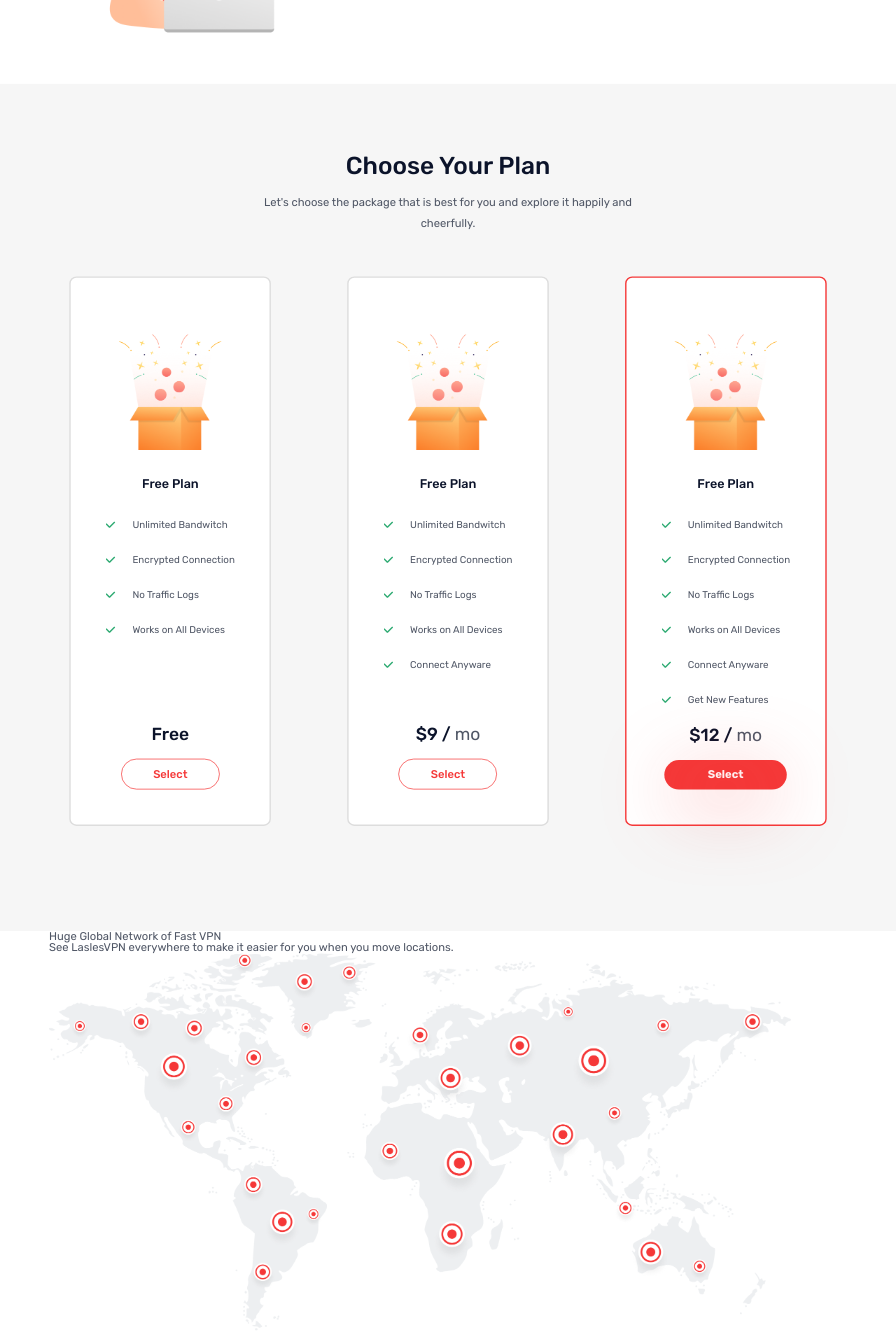
Repository: PhamTrungNguyen/LuyenTap
Page: LT_Figma/index.html
An editor plug-in stored every save of this project. The page is shown before and after a run of saves, followed by the edit.
The browser window is 1280 px wide. The pictures show the part of the page from y = 1267 to 3187 px (the page is 3171 px tall before and 3187 px after), at 70% of full size.
Some web libraries are served in a nearby version. The style sheet was rebuilt from its Sass, Less or Tailwind sources for each picture, by a compiler version that may differ from the author's.

Above is the page before, as saved 2021-12-08 23:12:19.
Console error: TypeError: Cannot read properties of null (reading 'addEventListener')

### LT_Figma/index.html
<!DOCTYPE html>
<html lang="en">

<head>
  <meta charset="UTF-8" />
  <meta http-equiv="X-UA-Compatible" content="IE=edge" />
  <meta name="viewport" content="width=device-width, initial-scale=1.0" />
  <title>Lasles VPN</title>
  <link rel="stylesheet" href="./css/reset.css">
  <link rel="stylesheet" href="./css/app.css" />
  <!-- Link font chữ -->
  <link rel="preconnect" href="https://fonts.googleapis.com">
  <link rel="preconnect" href="https://fonts.gstatic.com" crossorigin>
  <link href="https://fonts.googleapis.com/css2?family=Rubik:wght@400;500;700&display=swap" rel="stylesheet">
</head>

<body>
  <div class="wrapper">
    <!-- ---------------------------------- Phần header ---------------------------------- -->
    <header class="header">
      <div class="container">
        <div class="header-container">
          <img srcset="./images/logo.png 2x" alt="" class="header-logo"> <!-- độ nét logo -->
          <ul class="menu">
            <li class="menu-item">
              <a href="#" class="menu-link">About</a>
            </li>
            <li class="menu-item">
              <a href="#" class="menu-link">Features</a>
            </li>
            <li class="menu-item">
              <a href="#" class="menu-link">Pricing</a>
            </li>
            <li class="menu-item">
              <a href="#" class="menu-link">Testimonials</a>
            </li>
            <li class="menu-item">
              <a href="#" class="menu-link">Help</a>
            </li>
          </ul>
          <div class="header-user">
            <a href="#" class="header-user_in">Sign In</a>
            <a href="#" class="button button--outline">Sign Up</a>
          </div>
        </div>
      </div>
    </header>

    <!-- ---------------------------------- Phần hero ---------------------------------- -->
    <section class="hero">
      <div class="container">
        <div class="hero-container">
          <div class="hero-content">
            <h2 class="hero-content_heading">Want anything to be easy with LaslesVPN.</h2>
            <span class="hero-content_desc">Provide a network for all your needs with ease and fun using
              <strong>LaslesVPN</strong> discover interesting features from us.</span>
            <a href="#" class="button button--primary">Get Started</a>
          </div>
          <div class="hero-image">
            <img srcset="./images/hero-image.png 2x" alt="">
          </div>
        </div>
      </div>
    </section>

    <!-- ---------------------------------- Phần intro ---------------------------------- -->
    <section class="intro">
      <div class="container">
        <div class="intro-container">
          <div class="intro-item">
              <div class="intro-item_user">
                <img srcset="./images/user.png 2x" alt="">
              </div>
              <div class="intro-item_info">
                <h2 class="intro-item_info__number">90+</h2>
                <span class="intro-item_intro__desc">Users</span>
              </div>
          </div>
          <div class="intro-item">
              <div class="intro-item_user">
                <img srcset="./images/location.png 2x" alt="">
              </div>
              <div class="intro-item_info">
                <h2 class="intro-item_info__number">30+</h2>
                <span class="intro-item_intro__desc">Locations</span>
              </div>
          </div>
          <div class="intro-item">
              <div class="intro-item_user">
                <img srcset="./images/server.png 2x" alt="">
              </div>
              <div class="intro-item_info">
                <h2 class="intro-item_info__number">50+</h2>
                <span class="intro-item_intro__desc">Servers</span>
              </div>
          </div>
        </div>
      </div>
    </section>
     <!-- ---------------------------------- Phần Features ---------------------------------- -->
     <section class="feature">
       <div class="container">
         <div class="feature-container">
           <div class="feature-image">
             <img srcset="./images/feature-image.png 2x" alt="">
           </div>
           <div class="feature-content">
             <h3 class="feature-title">We Provide Many Features You Can Use</h3>
             <span class="feature-desc">You can explore the features that we provide with fun and have their own functions each feature.</span>
             <ul class="feature-list">
               <li class="feature-item">
                 <img src="./images/icon-check.svg" alt="" class="feature-item_check">
                 <span class="feature-item_text">Powerfull online protection.</span>
               </li>
               <li class="feature-item">
                 <img src="./images/icon-check.svg" alt="" class="feature-item_check">
                 <span class="feature-item_text">Powerfull online protection.</span>
               </li>
               <li class="feature-item">
                 <img src="./images/icon-check.svg" alt="" class="feature-item_check">
                 <span class="feature-item_text">Powerfull online protection.</span>
               </li>
               <li class="feature-item">
                 <img src="./images/icon-check.svg" alt="" class="feature-item_check">
                 <span class="feature-item_text">Powerfull online protection.</span>
               </li>
             </ul>
           </div>
         </div>
       </div>
     </section>

     <!-- ---------------------------------- Phần Plan ---------------------------------- -->
     <main>
       <section class="plan">
         <div class="container">
           <div class="plan-container">
             <div class="plan-heading">
               <h3 class="plan-heading_title">Choose Your Plan</h3>
               <span class="plan-heading_desc">Let's choose the package that is best for you and explore it happily and cheerfully.</span>
             </div>
             <div class="plan-main">
               <div class="plan-item">
                 <div class="plan-item_image">
                   <img srcset="./images/plan.png 2x" alt="">
                 </div>
                 <h3 class="plan-item_title">Free Plan</h3>
                 <ul class="plan-item--list">
                   <li class="plan-item_text">
                     <img src="./images/icon-check-line.svg" alt="" class="plan-item_icon">
                     <span class="plan-item_desc">Unlimited Bandwitch</span>
                   </li>
                   <li class="plan-item_text">
                     <img src="./images/icon-check-line.svg" alt="" class="plan-item_icon">
                     <span class="plan-item_desc">Encrypted Connection</span>
                   </li>
                   <li class="plan-item_text">
                     <img src="./images/icon-check-line.svg" alt="" class="plan-item_icon">
                     <span class="plan-item_desc">No Traffic Logs</span>
                   </li>
                   <li class="plan-item_text">
                     <img src="./images/icon-check-line.svg" alt="" class="plan-item_icon">
                     <span class="plan-item_desc">Works on All Devices</span>
                   </li>
                 </ul>
                 <h2 class="plan-item_free">Free</h2>
                 <a href="#" class="button button--outline">Select</a>
               </div>
               <div class="plan-item">
                 <div class="plan-item_image">
                   <img srcset="./images/plan.png 2x" alt="">
                 </div>
                 <h3 class="plan-item_title">Free Plan</h3>
                 <ul class="plan-item--list">
                   <li class="plan-item_text">
                     <img src="./images/icon-check-line.svg" alt="" class="plan-item_icon">
                     <span class="plan-item_desc">Unlimited Bandwitch</span>
                   </li>
                   <li class="plan-item_text">
                     <img src="./images/icon-check-line.svg" alt="" class="plan-item_icon">
                     <span class="plan-item_desc">Encrypted Connection</span>
                   </li>
                   <li class="plan-item_text">
                     <img src="./images/icon-check-line.svg" alt="" class="plan-item_icon">
                     <span class="plan-item_desc">No Traffic Logs</span>
                   </li>
                   <li class="plan-item_text">
                     <img src="./images/icon-check-line.svg" alt="" class="plan-item_icon">
                     <span class="plan-item_desc">Works on All Devices</span>
                   </li>
                   <li class="plan-item_text">
                     <img src="./images/icon-check-line.svg" alt="" class="plan-item_icon">
                     <span class="plan-item_desc">Connect Anyware</span>
                   </li>
                 </ul>
                 <h2 class="plan-item_free">$9 / <span>mo</span></h2>
                 <a href="#" class="button button--outline">Select</a>
               </div>
               <div class="plan-item plan-active">
                 <div class="plan-item_image">
                   <img srcset="./images/plan.png 2x" alt="">
                 </div>
                 <h3 class="plan-item_title">Free Plan</h3>
                 <ul class="plan-item--list">
                   <li class="plan-item_text">
                     <img src="./images/icon-check-line.svg" alt="" class="plan-item_icon">
                     <span class="plan-item_desc">Unlimited Bandwitch</span>
                   </li>
                   <li class="plan-item_text">
                     <img src="./images/icon-check-line.svg" alt="" class="plan-item_icon">
                     <span class="plan-item_desc">Encrypted Connection</span>
                   </li>
                   <li class="plan-item_text">
                     <img src="./images/icon-check-line.svg" alt="" class="plan-item_icon">
                     <span class="plan-item_desc">No Traffic Logs</span>
                   </li>
                   <li class="plan-item_text">
                     <img src="./images/icon-check-line.svg" alt="" class="plan-item_icon">
                     <span class="plan-item_desc">Works on All Devices</span>
                   </li>
                   <li class="plan-item_text">
                     <img src="./images/icon-check-line.svg" alt="" class="plan-item_icon">
                     <span class="plan-item_desc">Connect Anyware</span>
                   </li>
                   <li class="plan-item_text">
                     <img src="./images/icon-check-line.svg" alt="" class="plan-item_icon">
                     <span class="plan-item_desc">Get New Features</span>
                   </li>
                 </ul>
                 <h2 class="plan-item_free">$12 / <span>mo</span></h2>
                 <a href="#" class="button button--rounded">Select</a>
               </div>
             </div>
           </div>
         </div>
       </section>
       <!-- ---------------------------------- Phần network ---------------------------------- -->
       <section class="network">
         <div class="container">
           <div class="network-container">
             <div class="network-heading">
               <h2 class="network-heading_title">Huge Global Network of Fast VPN</h2>
               <span class="network-heading_desc">See <strong>LaslesVPN</strong> everywhere to make it easier for you when you move locations.</span>
             </div>
             <div class="network-image">
               <img srcset="./images/network-image.png 2x" alt="">
             </div>
           </div>
         </div>
       </section>
     </main>

  </div>

  <script type="text/javascript" src="https://code.jquery.com/jquery-1.11.0.min.js"></script>
  <script type="text/javascript" src="https://code.jquery.com/jquery-migrate-1.2.1.min.js"></script>
  <script type="text/javascript" src="https://cdn.jsdelivr.net/npm/slick-carousel@1.8.1/slick/slick.min.js"></script>
  <script src="./scripts/app.js"></script>
  <!-- sass ./sass/app.scss ./css/app.css --watch -->
</body>

</html>

### LT_Figma/css/reset.css
/* http://meyerweb.com/eric/tools/css/reset/
   v2.0 | 20110126
   License: none (public domain)
*/

html,
body,
div,
span,
applet,
object,
iframe,
h1,
h2,
h3,
h4,
h5,
h6,
p,
blockquote,
pre,
a,
abbr,
acronym,
address,
big,
cite,
code,
del,
dfn,
em,
img,
ins,
kbd,
q,
s,
samp,
small,
strike,
strong,
sub,
sup,
tt,
var,
b,
u,
i,
center,
dl,
dt,
dd,
ol,
ul,
li,
fieldset,
form,
label,
legend,
table,
caption,
tbody,
tfoot,
thead,
tr,
th,
td,
article,
aside,
canvas,
details,
embed,
figure,
figcaption,
footer,
header,
hgroup,
menu,
nav,
output,
ruby,
section,
summary,
time,
mark,
audio,
video {
  margin: 0;
  padding: 0;
  border: 0;
  font-size: 100%;
  font: inherit;
  vertical-align: baseline;
}
/* HTML5 display-role reset for older browsers */
article,
aside,
details,
figcaption,
figure,
footer,
header,
hgroup,
menu,
nav,
section {
  display: block;
}
body {
  line-height: 1;
}
ol,
ul {
  list-style: none;
}
blockquote,
q {
  quotes: none;
}
blockquote:before,
blockquote:after,
q:before,
q:after {
  content: "";
  content: none;
}
table {
  border-collapse: collapse;
  border-spacing: 0;
}

### LT_Figma/sass/app.scss
@import "reset";
@import "variables";
@import "global";

@import "header";
@import "hero";
@import "intro";
@import "feature";
@import "plan";
@import "network";

### LT_Figma/sass/_reset.scss
/* http://meyerweb.com/eric/tools/css/reset/
   v2.0 | 20110126
   License: none (public domain)
*/

html,
body,
div,
span,
applet,
object,
iframe,
h1,
h2,
h3,
h4,
h5,
h6,
p,
blockquote,
pre,
a,
abbr,
acronym,
address,
big,
cite,
code,
del,
dfn,
em,
img,
ins,
kbd,
q,
s,
samp,
small,
strike,
strong,
sub,
sup,
tt,
var,
b,
u,
i,
center,
dl,
dt,
dd,
ol,
ul,
li,
fieldset,
form,
label,
legend,
table,
caption,
tbody,
tfoot,
thead,
tr,
th,
td,
article,
aside,
canvas,
details,
embed,
figure,
figcaption,
footer,
header,
hgroup,
menu,
nav,
output,
ruby,
section,
summary,
time,
mark,
audio,
video {
  margin: 0;
  padding: 0;
  border: 0;
  font-size: 100%;
  font: inherit;
  vertical-align: baseline;
  text-decoration: none;
}
/* HTML5 display-role reset for older browsers */
article,
aside,
details,
figcaption,
figure,
footer,
header,
hgroup,
menu,
nav,
section {
  display: block;
}
body {
  line-height: 1;
}
ol,
ul {
  list-style: none;
}
blockquote,
q {
  quotes: none;
}
blockquote:before,
blockquote:after,
q:before,
q:after {
  content: "";
  content: none;
}
table {
  border-collapse: collapse;
  border-spacing: 0;
}
*,
*:after,
*:before {
  margin: 0;
  padding: 0;
  box-sizing: border-box;
}

### LT_Figma/sass/_variables.scss
$font-1: "Rubik", sans-serif;
$text-color: #4F5665;
$title-color: #0b132a;
$red-color: #F53838;
$gray-color: #dde0e4;
$gray-light-color: #f8f8f8;
$gray-lighter-color: #ddd;

### LT_Figma/sass/_global.scss
body {
  line-height: 1;
  font-family: $font-1;
  color: $text-color;
  font-weight: 400;
  font-size: 16px;
  background-color: white;
}
html {
  font-size: 62.5%;
}
button {
  cursor: pointer;
  outline: none;
  border: none;
  font-family: $font-1;
}
.wrapper {
  // lớp bao ngoài
  max-width: 1440px;
  margin: 0 auto;
}
.container {
  // container bên trong
  max-width: 1240px;
  margin: 0 auto;
  padding: 0 50px;
}
.button {
  display: inline-block;
  padding: 13px 45px;
  border-radius: 100rem;
  font-family: $font-1;
  line-height: 1;
  font-size: 16px;
  cursor: pointer;
  border: none;
  outline: none;

  &--primary {
    font-weight: 700;
    background-color: $red-color;
    color: white;
    border-radius: 10px;
    padding: 17px 77px;
    position: relative;
    &:after {
      content: "";
      background: rgba(245, 56, 56, 0.979);
      filter: blur(26px);
      position: absolute;
      top: 80%;
      left: 50%;
      transform: translate(-50%, -50%);
      width: 80%;
      height: 100%;
      z-index: -1;
    }
  }
  &--outline {
    background-color: transparent;
    color: $red-color;
    font-weight: 500;
    border: 1px solid;
  }
  &--rounded {
    font-weight: 700;
    background-color: $red-color;
    color: white;
    padding: 13px 62px;
    position: relative;
    z-index: 2;
    &:after {
      content: "";
      position: absolute;
      top: 0;
      left: 50%;
      width: 90%;
      height: 100%;
      transform: translate(-50%, 50%);
      background-color: rgba(245, 56, 56, 0.35);
      filter: blur(54px);
      border-radius: inherit;
    }
  }
}

### LT_Figma/sass/_header.scss
.header {
  padding-top: 50px;
  padding-bottom: 90px;
  &-container {
    display: flex;
    justify-content: space-between;
    align-items: center;
    flex-wrap: wrap;
    position: relative;
  }
  &-user {
    font-weight: 500;
    &_in {
      margin-right: 3rem;
      color: $title-color;
    }
  }
}
.menu {
  display: flex;
  align-items: center;
  list-style: none;
  gap: 0 40px;
  &-link {
    color: $text-color;
  }
}
@media screen and (max-width: 1023px) {
  .header-user {
    position: absolute;
    right: 0;
    top: 80%;
    transform: translateY(50%);
  }
}
@media  screen and (max-width:767px){
  .menu{
    display: none;
  }

}

### LT_Figma/sass/_hero.scss
.hero {
  padding-bottom: 100px;
  &-container {
    display: flex;
    justify-content: space-between;
    align-items: center;
    gap: 0 40px;
    position: relative;
  }
  &-content {
    width: 100%;
    max-width: 555px;
    &_heading {
      font-weight: 500;
      color: $title-color;
      font-size: 50px;
      line-height: calc(70 / 50);
      margin-bottom: 2rem;
    }
    &_desc {
      display: block;
      line-height: calc(30 / 16);
      margin-bottom: 5rem;
      strong {
        font-weight: 500;
      }
    }
  }
  &-image {
    // đỡ mất kích thước của ảnh
    position: absolute;
    top: 50%;
    right: 0;
    transform: translate(40px, -50%);
  }

}
@media  screen and (max-width:1279px){
  .hero-image {
    // đỡ mất kích thước của ảnh
    position:inherit;
    transform: none;
    img{
      width: 100%;
    }
  }
  .hero-content {
    width: 100%;
    max-width: 455px;
}
  .hero-content_heading {

    font-size: 45px;

}

}
@media screen and (max-width: 1023px) {
  .hero-content_heading {
    color: #0b132a;
    font-size: 30px;
  }
}
@media  screen and (max-width:767px){
    .hero-container {
        flex-direction: column-reverse;
        gap: 50px 0;
    }
    .hero-content_heading {
        color: #0b132a;
        font-size: 23px;
    }



}

### LT_Figma/sass/_intro.scss
.intro {
  margin-bottom: 95px;
  &-container {
    padding: 37px 0;
    box-shadow: 0 42px 114px 0 rgba(13, 16, 37, 0.226);
    display: grid;
    grid-template-columns: repeat(3, minmax(0, 1fr));
    border-radius: 10px;
    background-color: #fff;
  }
  &-item {
    display: flex;
    justify-content: center;
    align-items: center;

    &_user {
      margin-right: 2rem;
    }
    &_info {
      &__number {
        font-weight: 700;
        font-size: 25px;
        margin-bottom: 6px;
        line-height: calc(30 / 25);
      }
      &__desc{
        line-height: calc(30 / 20);
      }
    }
    height: 125px;
  }
}
@media screen and (min-width: 768px) {
  .intro-item:nth-child(2) {
    border-right: 2px solid #eeeff2;
    border-left: 2px solid #eeeff2;
  }
}

@media screen and (max-width: 767px) {
  .intro-container {
    grid-template-columns: 100%;
  }
  .intro-item {
    flex-direction: row;
    // text-align: center;
  }
  .intro-item:nth-child(2){
      padding-left: 2rem;

  }
}

### LT_Figma/sass/_feature.scss
.feature{
    padding-bottom: 7rem;
    &-container{
        display:flex;
        justify-content: space-between;
        align-items: center;
        gap: 0 170px;
    }
    &-image{
        // width: 100%;
    }
    &-content{

    }
    &-title{
        color:$title-color;
        font-weight: 500;
        font-size: 35px;
        line-height: calc(50/35);
        margin-bottom: 2rem;
    }
    &-desc{
        line-height: calc(30/16);
        margin-bottom: 2rem;
    }
    &-item{
        // list-style: none;
        &_check{
            margin-right: 1rem;
        }
        display: flex;
        align-items: center;
        margin-bottom: 2rem;
    }
}
@media  screen and (max-width:1279px){
    .feature-container {
        gap: 0 90px;
    }

}
@media  screen and (max-width:1023px){
    .feature-image {
        img{
            width: 155%;
        }
    }
    .feature-container {
        gap: 0 150px;
    }

}
@media  screen and (max-width:767px){
    .feature-container {
        flex-direction: column;
    }
    .feature-image img {
        width: 100%;
    }
    .feature-container {
        gap: 50px 0;
    }
    .feature-content{
        display: flex;
        flex-direction: column;
        align-items: center;
        margin: 0 auto;
    }

}

### LT_Figma/sass/_plan.scss
.plan{
    background-color: #F6F6F6;
    padding-bottom: 15rem;
    z-index: -2;
    &-heading{
        padding-top: 10rem;
        margin: 0 auto;
        text-align: center;
        max-width:530px;
        margin-bottom: 6rem;
        &_title{
            font-weight: 500;
            font-size: 35px;
            margin-bottom: 2rem;
            color:$title-color;
        }
        &_desc{
            line-height: calc(30 /16);
        }
    }
    &-main{
        display: grid;
        grid-template-columns: repeat(3, 1fr);
        gap: 0 50px;

    }
    &-item{
        border: 2px solid #DDDDDD;
        background-color: #FFFFFF;
        border-radius:10px;
        margin:0 auto;
        display: flex;
        flex-direction: column;
        align-items: center;
        padding: 80px 50px 50px;
        &_image{
            margin-bottom: 30px;
        }
        &_title{
            color:$title-color;
            font-weight: 500;
            font-size: 18px;
            line-height: calc(30/18);
            margin-bottom: 3rem;
        }
        &_text{
            margin-bottom: 2rem;
        }
        &_icon{
            margin-right: 2rem;
        }
        &_desc{
            font-size: 14px;
            line-height: calc(30/14);
        }
        &_free{
            margin-top: auto;
            font-weight: 500;
            font-size: 25px;
            line-height: calc(30/25);
            color:$title-color;
            margin-bottom: 2rem;
            span{
                font-weight: 400;
                color:$text-color;
            }
        }

    }
    &-item.plan-active,
    &-item:hover{
        transition: all 0.5s ease;
        border: 2px solid $red-color;
        .button{
            transition: all 0.5s ease;
            background-color: $red-color;
            color:white;
        }
    }
}

### LT_Figma/sass/_network.scss
.network
{
    &-heading{

    }
}

Loaded but not shown: LT_Figma/scripts/app.js (39 lines, source omitted)

After the next 2 saves:
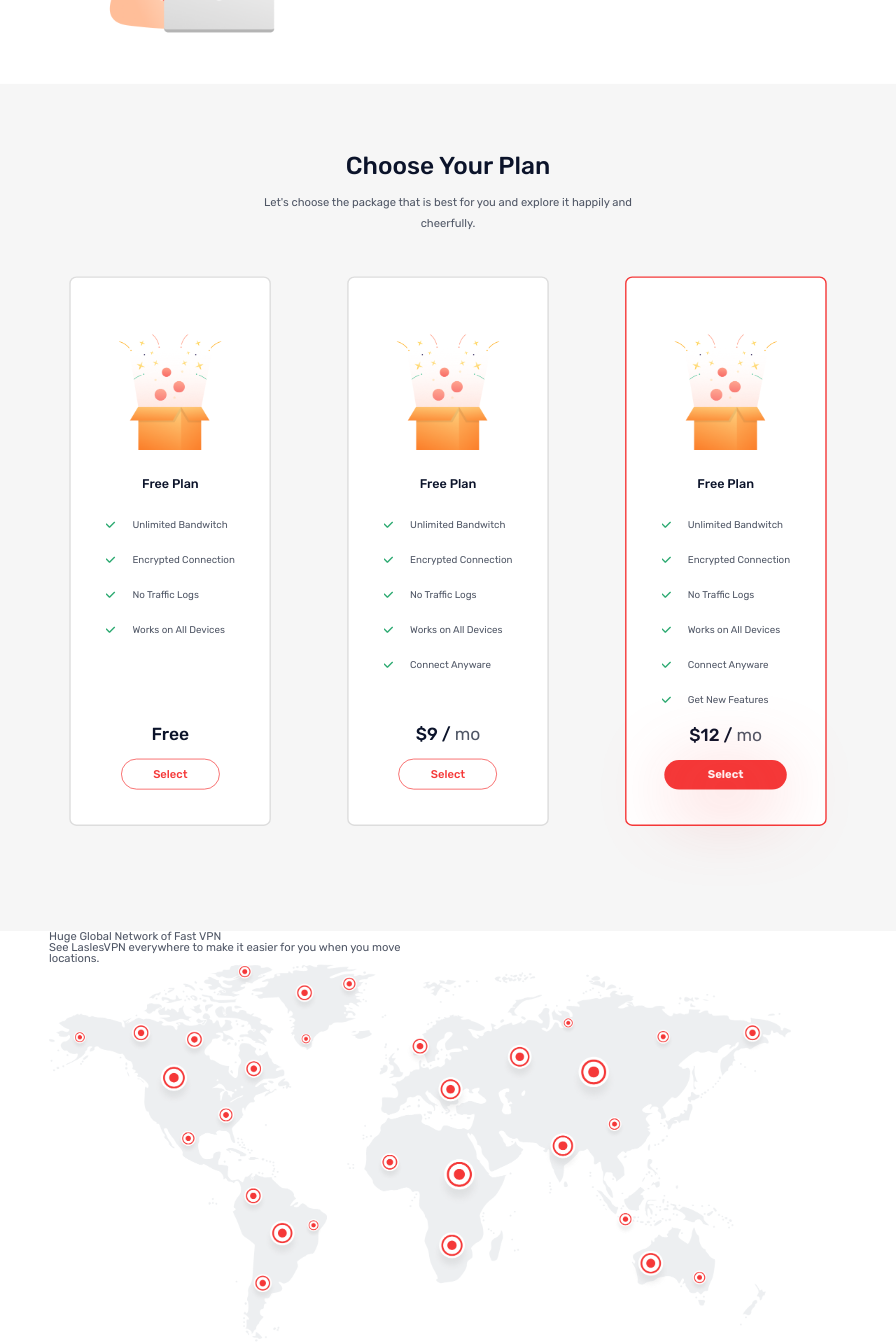
The 2 saves are shown as one change because they came seconds apart.
The last was saved 14 s later.
--- a/LT_Figma/sass/_network.scss
+++ b/LT_Figma/sass/_network.scss
@@ -1,6 +1,6 @@
 .network
 {
     &-heading{
-
+        max-width:555px;
     }
 }
